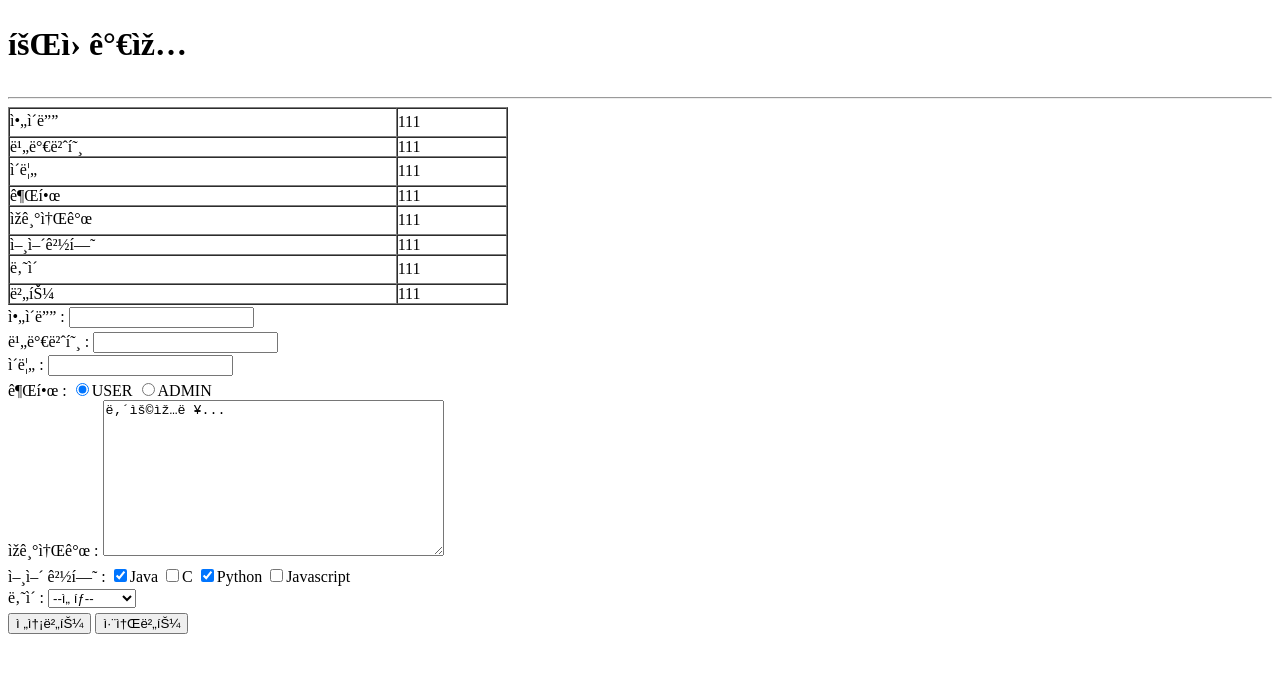
Repository: serim53/JSPStudy
Page: http://localhost/BoardWeb_JSP_/insertUserView.do
These files come from the project's save history. The page is drawn as it stood at one moment and after the next save; the edit follows.
The browser window is 1280 px wide. The pictures show the whole page.
The page is served by Tomcat 10. Other server files are loaded and not shown.

Above is the page before, as saved 2025-07-08 05:03:45.

### BoardWeb(JSP)/src/main/webapp/WEB-INF/board/insertUser.jsp
<!DOCTYPE html PUBLIC "-//W3C//DTD HTML 4.01 Transitional//EN" "http://www.w3.org/TR/html4/loose.dtd">
<html>
<head>
<meta http-equiv="Content-Type" content="text/html; charset=UTF-8">
<title>회원가입</title>
</head>
<body>
<h1>회원 가입</h1>
<hr>
<form action="insertUser.do" method="get">

<table border="1" cellpadding="0" cellspacing="0" width="500">
	<tr>
		<td>아이디</td>
		<td>111</td>
	</tr>
	<tr>
		<td>비밀번호</td>
		<td>111</td>
	</tr>
	<tr>
		<td>이름</td>
		<td>111</td>
	</tr>
	<tr>
		<td>권한</td>
		<td>111</td>
	</tr>
	<tr>
		<td>자기소개</td>
		<td>111</td>
	</tr>
	<tr>
		<td>언어경험</td>
		<td>111</td>
	</tr>
	<tr>
		<td>나이</td>
		<td>111</td>
	</tr>
	<tr>
		<td>버튼</td>
		<td>111</td>
	</tr>
</table>
아이디 : <input type="text" size="20"/><br>
비밀번호 : <input type="password" size="20"/><br>
이름 : <input type="text"/><br>
권한 : <input name="role" type="radio" checked/>USER
      <input name="role" type="radio"/>ADMIN<br>
자기소개 : <textarea rows="10" cols="40">내용입력...</textarea><br>
언어 경험 : <input type="checkbox" checked/>Java
		  <input type="checkbox"/>C
		  <input type="checkbox" checked/>Python
		  <input type="checkbox"/>Javascript<br>
나이 : <select>
		<option>--선택--
		<option>10대
		<option>20대
		<option>30대
		<option>40대
		<option>50대
		<option>60대 이상
	  </select><br>
<input type="submit" value="전송버튼"/>
<input type="reset" value="취소버튼"/>
</form>
</body>
</html>

### BoardWeb(JSP)/src/main/java/com/multicampus/web/DispatcherServlet.java
package com.multicampus.web;

import java.io.IOException;
import java.util.List;

import com.multicampus.biz.board.BoardDAO;
import com.multicampus.biz.board.BoardVO;
import com.multicampus.biz.user.UserDAO;
import com.multicampus.biz.user.UserVO;

import jakarta.servlet.RequestDispatcher;
import jakarta.servlet.ServletConfig;
import jakarta.servlet.ServletException;
import jakarta.servlet.annotation.WebServlet;
import jakarta.servlet.http.HttpServlet;
import jakarta.servlet.http.HttpServletRequest;
import jakarta.servlet.http.HttpServletResponse;
import jakarta.servlet.http.HttpSession;

@WebServlet(urlPatterns = { "*.do" })
public class DispatcherServlet extends HttpServlet {
	private static final long serialVersionUID = 1L;

	private HandlerMapping handlerMapping;
	private ViewResolver viewResolver;

	public void init(ServletConfig config) throws ServletException {
		handlerMapping = new HandlerMapping();
		viewResolver = new ViewResolver("/WEB-INF/board/", ".jsp");
	}

	protected void service(HttpServletRequest request, HttpServletResponse response) throws ServletException, IOException {
		// 1. 브라우저의 요청 path 정보를 추출한다.
		String uri = request.getRequestURI();
		String path = uri.substring(uri.lastIndexOf("/"));
		System.out.println(path);

		// 2. HandlerMapping을 통해 요청을 처리할 Controller를 검색한다.
		Controller ctrl = handlerMapping.getController(path);

		// 3. 검색한 Controller를 실행한다.
		String viewName = ctrl.handleRequest(request, response);

		// 4. Controller가 리턴한 View 이름을 기반으로 이동할 화면 경로를 완성한다.
		String view = null;
		if(!viewName.contains(".do")) {
			if(viewName.equals("index")) {
				view = viewName + ".jsp";
			} else {
				view = viewResolver.getView(viewName);
			}
		} else {
			view = viewName;
		}

		// 5. 화면 이동한다.
		RequestDispatcher rd = request.getRequestDispatcher(view);
		rd.forward(request, response);
	}

}

### BoardWeb(JSP)/src/main/java/com/multicampus/web/Controller.java
package com.multicampus.web;

import jakarta.servlet.http.HttpServletRequest;
import jakarta.servlet.http.HttpServletResponse;

public interface Controller {

	String handleRequest(HttpServletRequest request, HttpServletResponse response);

}

### BoardWeb(JSP)/src/main/java/com/multicampus/web/user/InsertUserViewController.java
package com.multicampus.web.user;

import com.multicampus.web.Controller;

import jakarta.servlet.http.HttpServletRequest;
import jakarta.servlet.http.HttpServletResponse;

public class InsertUserViewController implements Controller {

	@Override
	public String handleRequest(HttpServletRequest request, HttpServletResponse response) {
		System.out.println("회원가입 화면으로 이동");

		return "insertUser";
	}

}

### BoardWeb(JSP)/src/main/java/com/multicampus/web/user/InsertUserController.java
package com.multicampus.web.user;

import com.multicampus.biz.user.UserDAO;
import com.multicampus.biz.user.UserVO;
import com.multicampus.web.Controller;

import jakarta.servlet.http.HttpServletRequest;
import jakarta.servlet.http.HttpServletResponse;

public class InsertUserController implements Controller {

	@Override
	public String handleRequest(HttpServletRequest request, HttpServletResponse response) {
		System.out.println("회원 가입 기능 처리");

		// 1. 사용자 입력정보 추출
		String id = request.getParameter("id");
		String password = request.getParameter("password");
		String name = request.getParameter("name");
		String role = request.getParameter("role");

		// 2. DB 연동 처리
		UserVO vo = new UserVO();
		vo.setId(id);
		vo.setPassword(password);
		vo.setName(name);
		vo.setRole(role);

		UserDAO dao = new UserDAO();
		dao.insertUser(vo);

		// 3. 화면 이동
		return "index";
	}

}

### BoardWeb(JSP)/src/main/java/com/multicampus/web/user/LoginViewController.java
package com.multicampus.web.user;

import com.multicampus.web.Controller;

import jakarta.servlet.http.HttpServletRequest;
import jakarta.servlet.http.HttpServletResponse;

public class LoginViewController implements Controller {

	@Override
	public String handleRequest(HttpServletRequest request, HttpServletResponse response) {
		System.out.println("로그인 화면으로 이동");

		return "login";
	}

}

### BoardWeb(JSP)/src/main/java/com/multicampus/web/user/LoginController.java
package com.multicampus.web.user;

import com.multicampus.biz.user.UserDAO;
import com.multicampus.biz.user.UserVO;
import com.multicampus.web.Controller;

import jakarta.servlet.http.HttpServletRequest;
import jakarta.servlet.http.HttpServletResponse;
import jakarta.servlet.http.HttpSession;

public class LoginController implements Controller {

	@Override
	public String handleRequest(HttpServletRequest request, HttpServletResponse response) {
		System.out.println("로그인 기능 처리");

		// 1. 사용자 입력정보 추출
		String id = request.getParameter("id");
		String password = request.getParameter("password");

		// 2. DB 연동 처리
		UserVO vo = new UserVO();
		vo.setId(id);
		vo.setPassword(password);

		UserDAO dao = new UserDAO();
		UserVO user = dao.getUser(vo);

		// 3. 화면 이동
		if(user != null) {
			// 로그인 성공
			HttpSession session = request.getSession();
			session.setAttribute("user", user);
			return "getBoardList.do";
		} else {
			// 로그인 실패
			return "loginView.do";
		}

	}

}

### BoardWeb(JSP)/src/main/java/com/multicampus/web/user/LogoutController.java
package com.multicampus.web.user;

import com.multicampus.web.Controller;

import jakarta.servlet.http.HttpServletRequest;
import jakarta.servlet.http.HttpServletResponse;
import jakarta.servlet.http.HttpSession;

public class LogoutController implements Controller {

	@Override
	public String handleRequest(HttpServletRequest request, HttpServletResponse response) {
		System.out.println("로그아웃 기능 처리");

		// 로그아웃을 요청한 브라우저와 매핑된 세션을 강제로 종료한다.
		HttpSession session = request.getSession();
		session.invalidate();

		// 화면 이동
		return "index";

	}

}

### BoardWeb(JSP)/src/main/java/com/multicampus/web/board/InsertBoardViewController.java
package com.multicampus.web.board;

import com.multicampus.web.Controller;

import jakarta.servlet.http.HttpServletRequest;
import jakarta.servlet.http.HttpServletResponse;

public class InsertBoardViewController implements Controller {

	@Override
	public String handleRequest(HttpServletRequest request, HttpServletResponse response) {
		System.out.println("글 등록 화면으로 이동");

		return "insertBoard";
	}

}

### BoardWeb(JSP)/src/main/java/com/multicampus/web/board/InsertBoardController.java
package com.multicampus.web.board;

import com.multicampus.biz.board.BoardDAO;
import com.multicampus.biz.board.BoardVO;
import com.multicampus.web.Controller;

import jakarta.servlet.http.HttpServletRequest;
import jakarta.servlet.http.HttpServletResponse;

public class InsertBoardController implements Controller {

	@Override
	public String handleRequest(HttpServletRequest request, HttpServletResponse response) {
		System.out.println("글 등록 기능 처리");

		// 1. 사용자 입력정보 추출
		String title = request.getParameter("title");
		String writer = request.getParameter("writer");
		String content = request.getParameter("content");

		// 2. DB 연동 처리
		BoardVO vo = new BoardVO();
		vo.setTitle(title);
		vo.setWriter(writer);
		vo.setContent(content);

		BoardDAO dao = new BoardDAO();
		dao.insertBoard(vo);

		// 3. 화면 이동
		return "getBoardList.do";

	}

}

### BoardWeb(JSP)/src/main/java/com/multicampus/web/board/UpdateBoardController.java
package com.multicampus.web.board;

import com.multicampus.biz.board.BoardDAO;
import com.multicampus.biz.board.BoardVO;
import com.multicampus.web.Controller;

import jakarta.servlet.http.HttpServletRequest;
import jakarta.servlet.http.HttpServletResponse;

public class UpdateBoardController implements Controller {

	@Override
	public String handleRequest(HttpServletRequest request, HttpServletResponse response) {
		System.out.println("글 수정 기능 처리");

		// 1. 사용자 입력정보 추출
		String title = request.getParameter("title");
		String seq = request.getParameter("seq");
		String content = request.getParameter("content");

		// 2. DB 연동 처리
		BoardVO vo = new BoardVO();
		vo.setTitle(title);
		vo.setSeq(Integer.parseInt(seq));
		vo.setContent(content);

		BoardDAO dao = new BoardDAO();
		dao.updateBoard(vo);

		// 3. 화면 이동
		return "getBoardList.do";
	}

}

### BoardWeb(JSP)/src/main/java/com/multicampus/web/board/DeleteBoardController.java
package com.multicampus.web.board;

import com.multicampus.biz.board.BoardDAO;
import com.multicampus.biz.board.BoardVO;
import com.multicampus.web.Controller;

import jakarta.servlet.http.HttpServletRequest;
import jakarta.servlet.http.HttpServletResponse;

public class DeleteBoardController implements Controller {

	@Override
	public String handleRequest(HttpServletRequest request, HttpServletResponse response) {
		System.out.println("글 삭제 기능 처리");

		// 1. 사용자 입력정보 추출
		String seq = request.getParameter("seq");

		// 2. DB 연동 처리
		BoardVO vo = new BoardVO();
		vo.setSeq(Integer.parseInt(seq));

		BoardDAO dao = new BoardDAO();
		dao.deleteBoard(vo);

		// 3. 화면 이동
		return "getBoardList.do";
	}

}

### BoardWeb(JSP)/src/main/java/com/multicampus/web/board/GetBoardController.java
package com.multicampus.web.board;

import com.multicampus.biz.board.BoardDAO;
import com.multicampus.biz.board.BoardVO;
import com.multicampus.web.Controller;

import jakarta.servlet.http.HttpServletRequest;
import jakarta.servlet.http.HttpServletResponse;

public class GetBoardController implements Controller {

	@Override
	public String handleRequest(HttpServletRequest request, HttpServletResponse response) {
		System.out.println("글 상세 조회 기능 처리");

		// 1. 사용자 입력정보 추출
		String seq = request.getParameter("seq");

		// 2. DB 연동 처리
		BoardVO vo = new BoardVO();
		vo.setSeq(Integer.parseInt(seq));

		BoardDAO dao = new BoardDAO();
		BoardVO board = dao.getBoard(vo);

		// 3. Model(DAO)을 통해 검색한 데이터를 View(JSP)에서 사용할 수 있도록 request에 등록한다.
		request.setAttribute("board", board);

		// 4. 화면 이동
		return "getBoard";
	}

}

### BoardWeb(JSP)/src/main/java/com/multicampus/web/board/GetBoardListController.java
package com.multicampus.web.board;

import java.util.List;

import com.multicampus.biz.board.BoardDAO;
import com.multicampus.biz.board.BoardVO;
import com.multicampus.web.Controller;

import jakarta.servlet.http.HttpServletRequest;
import jakarta.servlet.http.HttpServletResponse;

public class GetBoardListController implements Controller {

	@Override
	public String handleRequest(HttpServletRequest request, HttpServletResponse response) {
		System.out.println("글 목록 검색 기능 처리");

		// 1. 사용자 입력정보 추출
		String condition = request.getParameter("condition");
		String keyword = request.getParameter("keyword");

		// null check
		if(condition == null) condition = "title";
		if(keyword == null) keyword = "";

		request.setAttribute("condition", condition);
		request.setAttribute("keyword", keyword);

		// 2. DB 연동 처리
		BoardVO vo = new BoardVO();
		vo.setCondition(condition);
		vo.setKeyword(keyword);

		BoardDAO dao = new BoardDAO();
		List<BoardVO> boardList = dao.getBoardList(vo);

		// 3. Model(DAO)을 이용하여 검색한 데이터를 View(JSP)에서 사용할 수 있도록 request에 등록한다.
		request.setAttribute("boardList", boardList);

		// 4. 화면 이동
		return "getBoardList";

	}

}

After the next save:
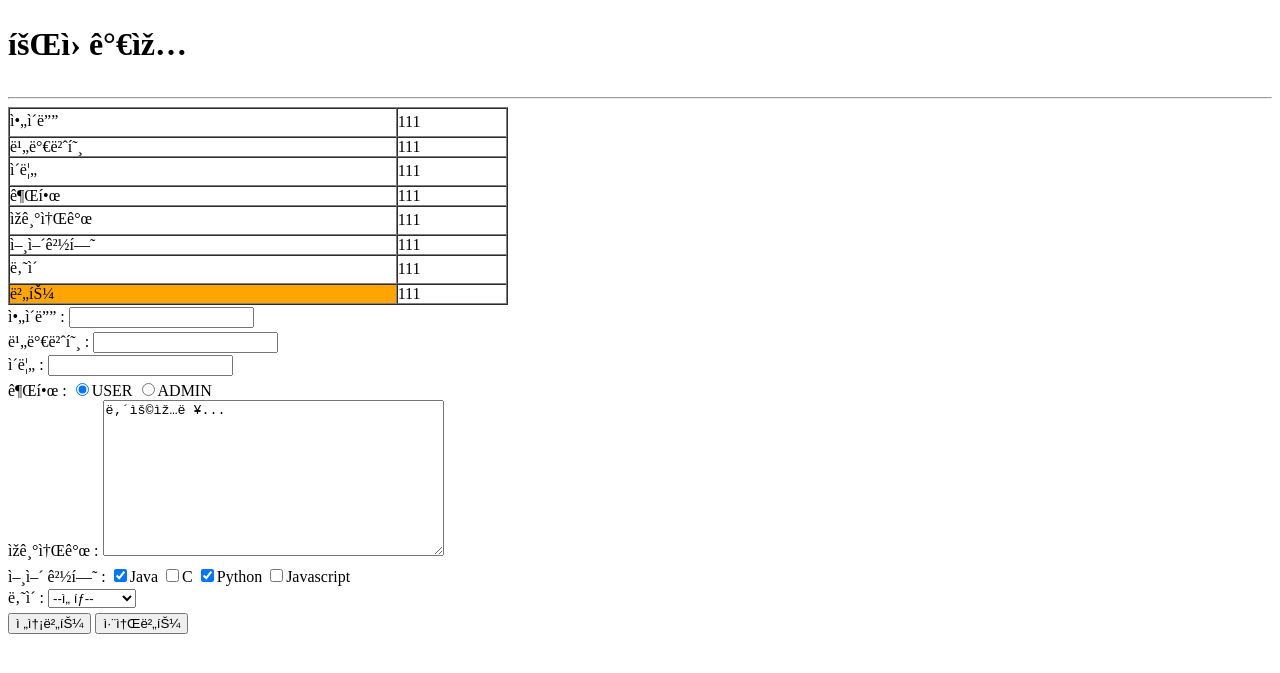
Saved 19 s later.
--- a/BoardWeb(JSP)/src/main/webapp/WEB-INF/board/insertUser.jsp
+++ b/BoardWeb(JSP)/src/main/webapp/WEB-INF/board/insertUser.jsp
@@ -39,7 +39,7 @@
 		<td>111</td>
 	</tr>
 	<tr>
-		<td>버튼</td>
+		<td bgcolor="orange">버튼</td>
 		<td>111</td>
 	</tr>
 </table>
